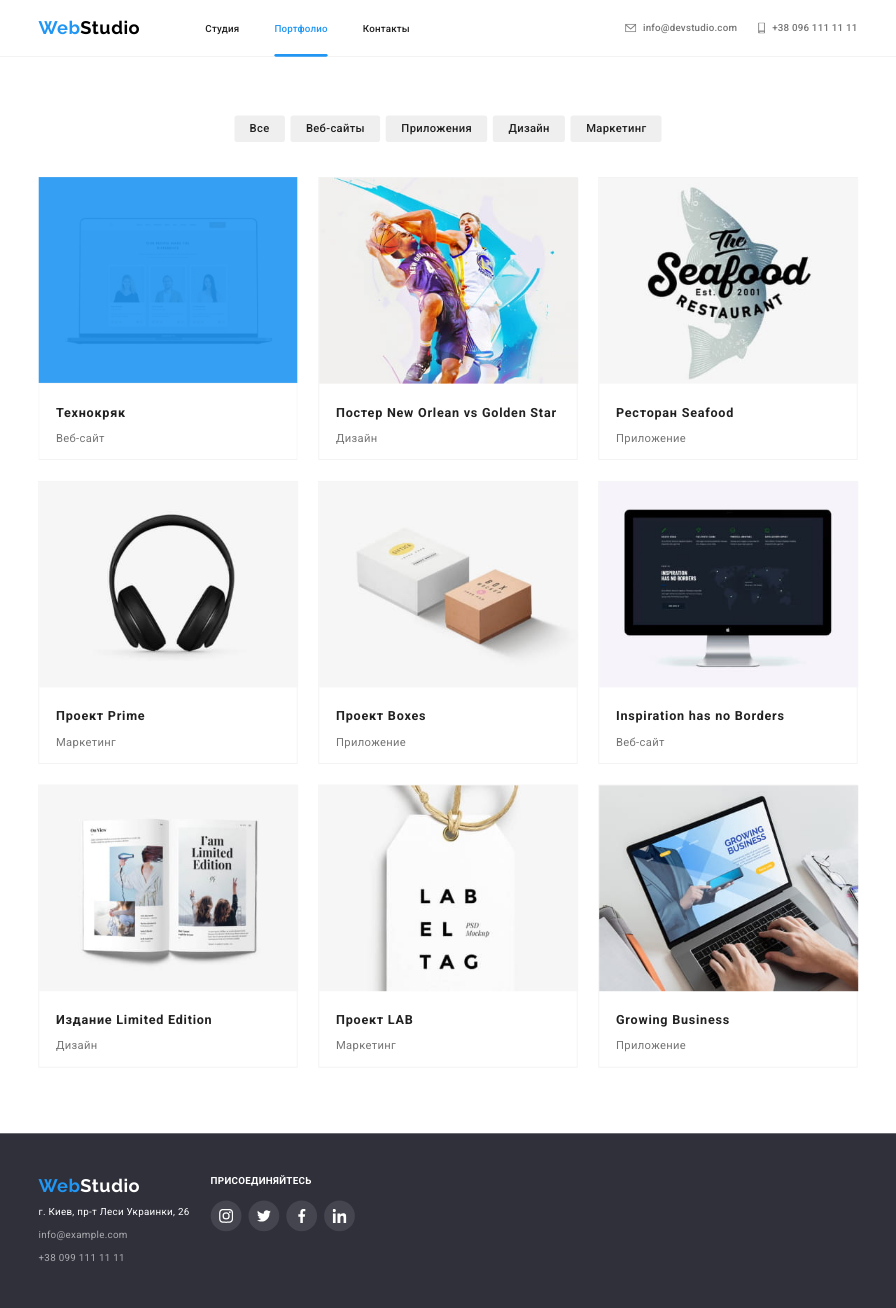
Repository: UliyaKucherernko/home-work-8
Page: porfolio.html
These files come from the project's save history. The page is drawn as it stood at one moment and after the next save; the edit follows.
The browser window is 1280 px wide. The pictures show the whole page, at 70% of full size.

Above is the page before, as saved 2021-04-14 01:22:54.

After the next save:
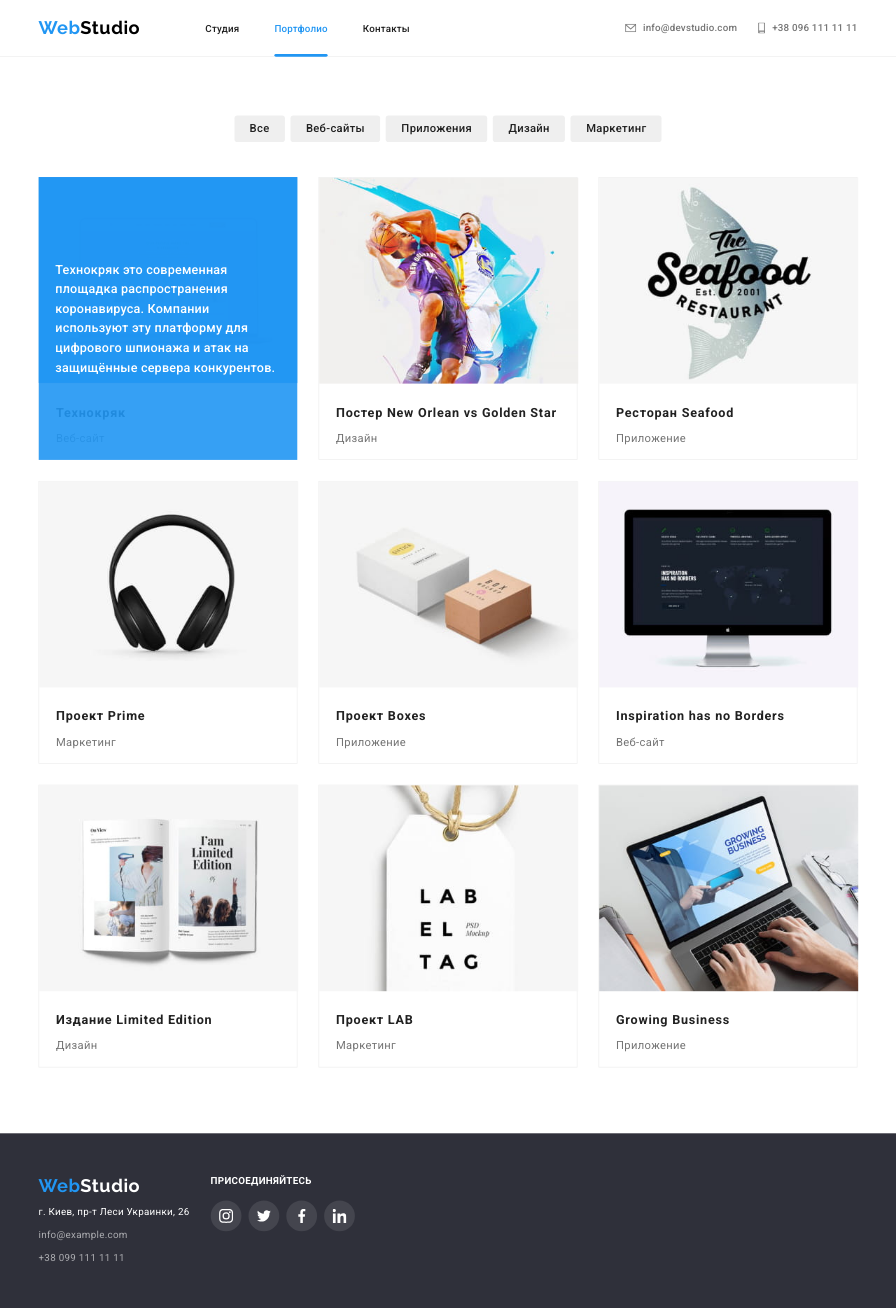
Saved 51 s later.
--- a/css/styles.css
+++ b/css/styles.css
@@ -393,7 +393,7 @@ button:focus {
   height: 100%;
   background-color: rgba(33, 150, 243, 0.9);
   transition-property: transform, background-color;
-  transform: translateY(101%);
+  transform: translateY(0%);
   transition-duration: 250ms;
   transition-timing-function: cubic-bezier(0.4, 0, 0.2, 1);
 }
@@ -420,7 +420,7 @@ button:focus {
 }
 
 .gallery-card:hover .gallery-thumb::before {
-  transform: translateY(0);
+  transform: translateY(101%);
 }
 
 .work {
